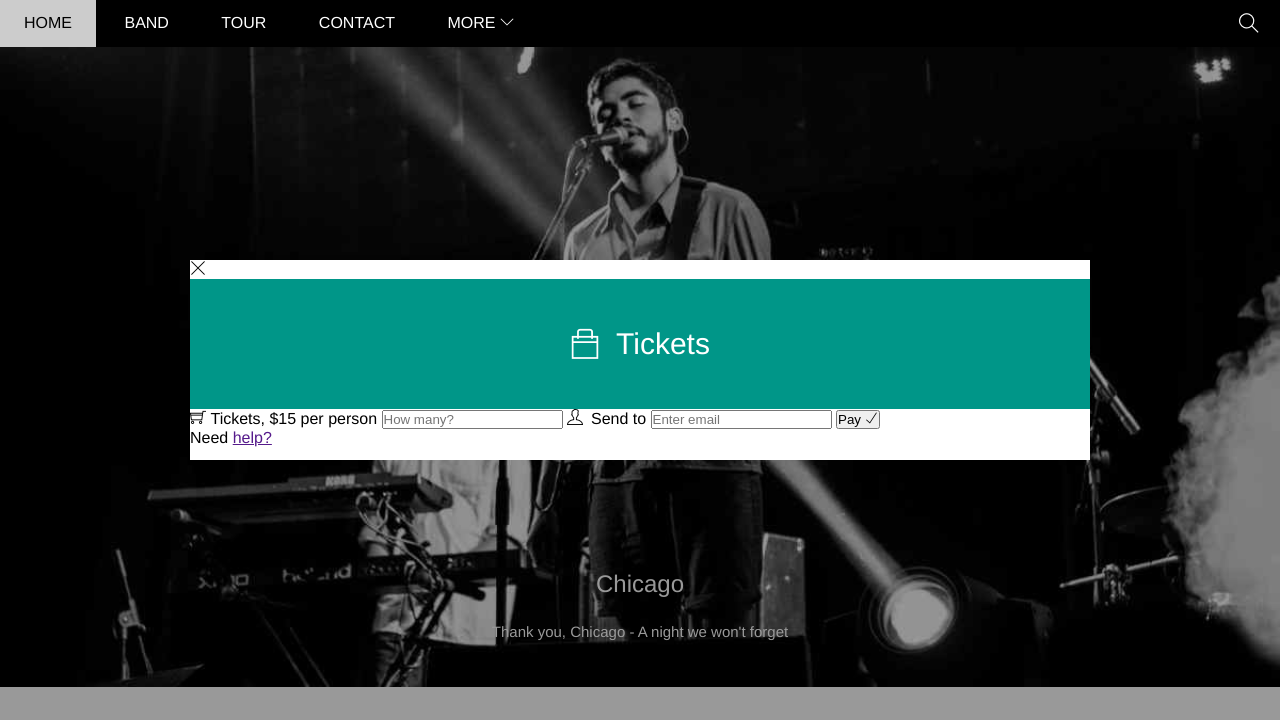
Repository: qhoa25623/The-Band
Page: index.html
These files come from the project's save history. The page is drawn as it stood at one moment and after the next save; the edit follows.
The browser window is 1280 px wide. The pictures show the window.
A layer covers the whole window, so only the first screen is drawn.

Above is the page before, as saved 2022-04-27 22:53:30.

After the next save:
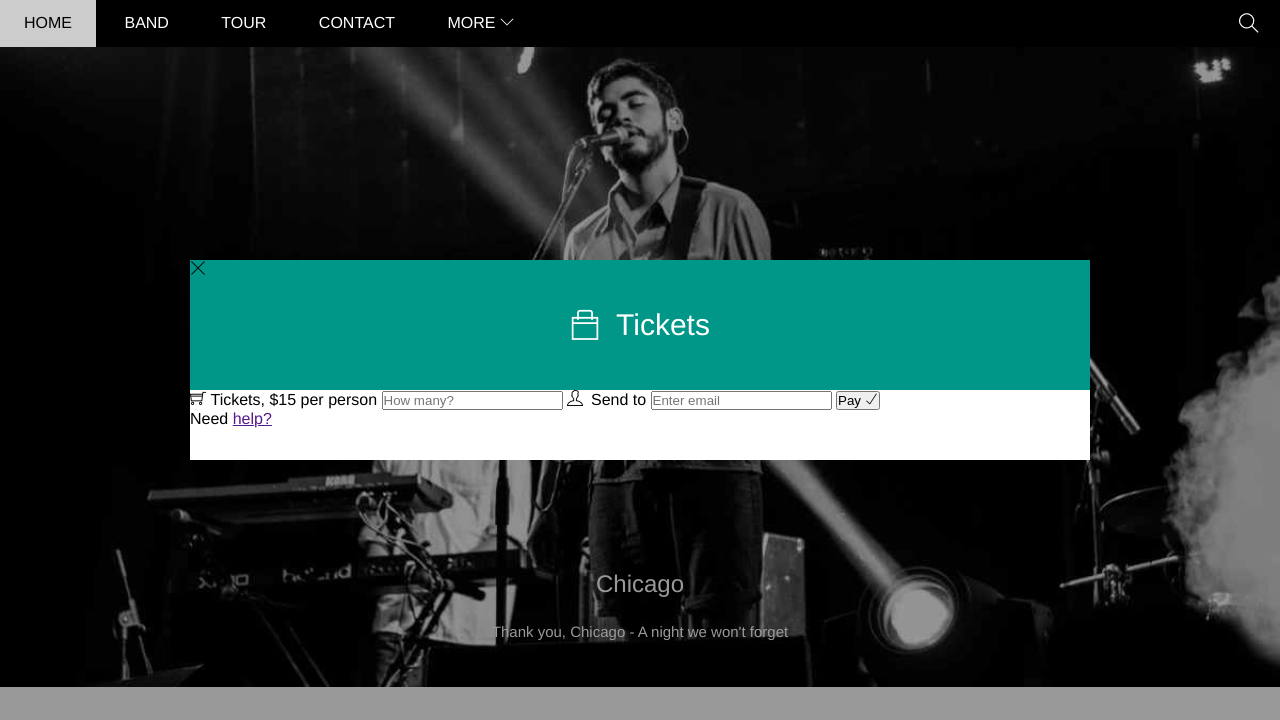
Saved 4 s later.
--- a/assets/css/styles.css
+++ b/assets/css/styles.css
@@ -260,5 +260,6 @@ html {
   margin-right:16px;
 }
 .modal-close{
-  position:
-}
+  position:absolute;
+
+}
